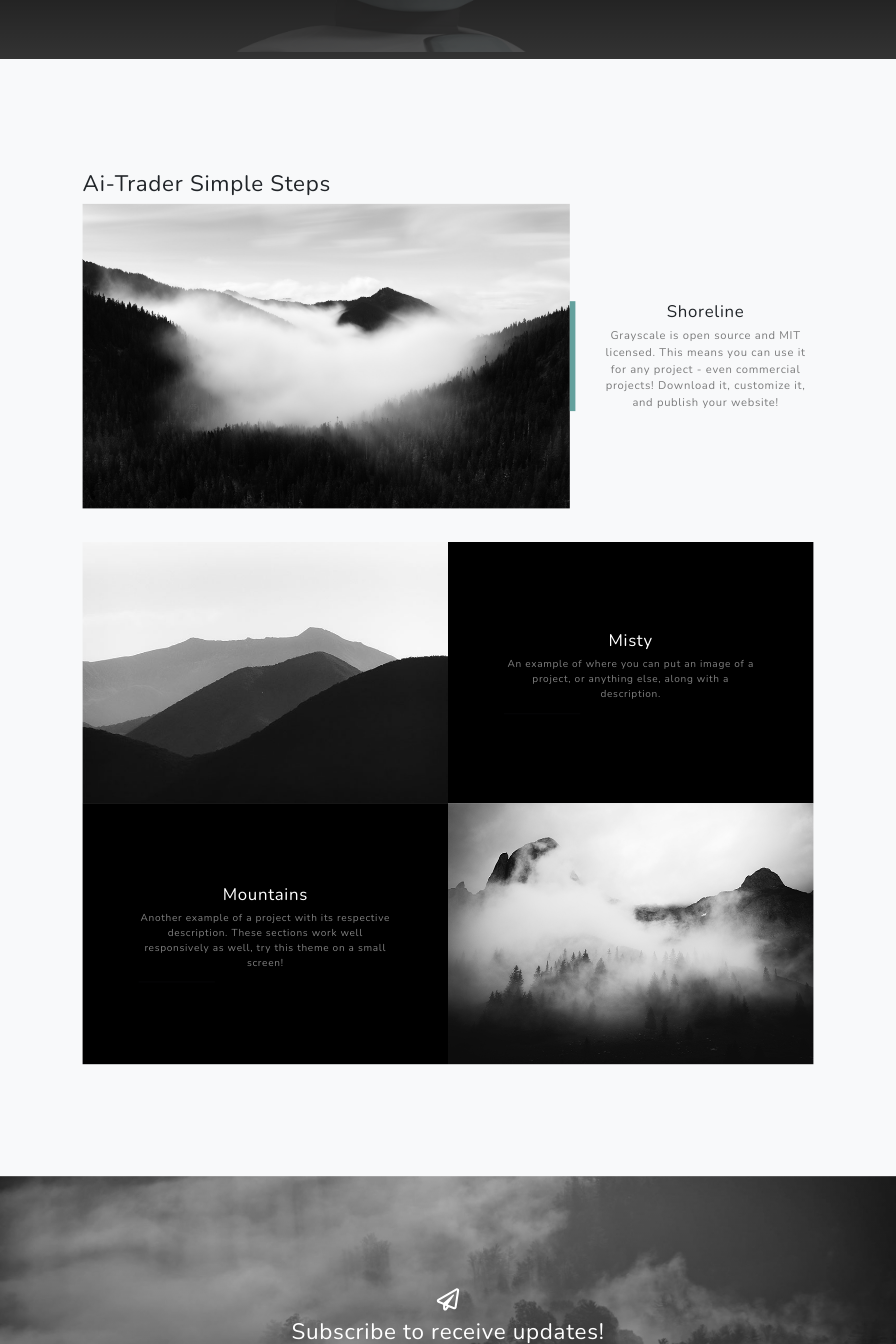
Repository: seyicoded/ico_one
Page: docs/index.html
The author's editor kept a copy of each file at every save. The page is drawn from the files as they stood at one save, then again after the next save.
The browser window is 1280 px wide. The pictures show the part of the page from y = 1206 to 3126 px (the page is 3982 px tall before and 3991 px after), at 70% of full size.

Above is the page before, as saved 2022-02-13 16:51:56.

After the next save:
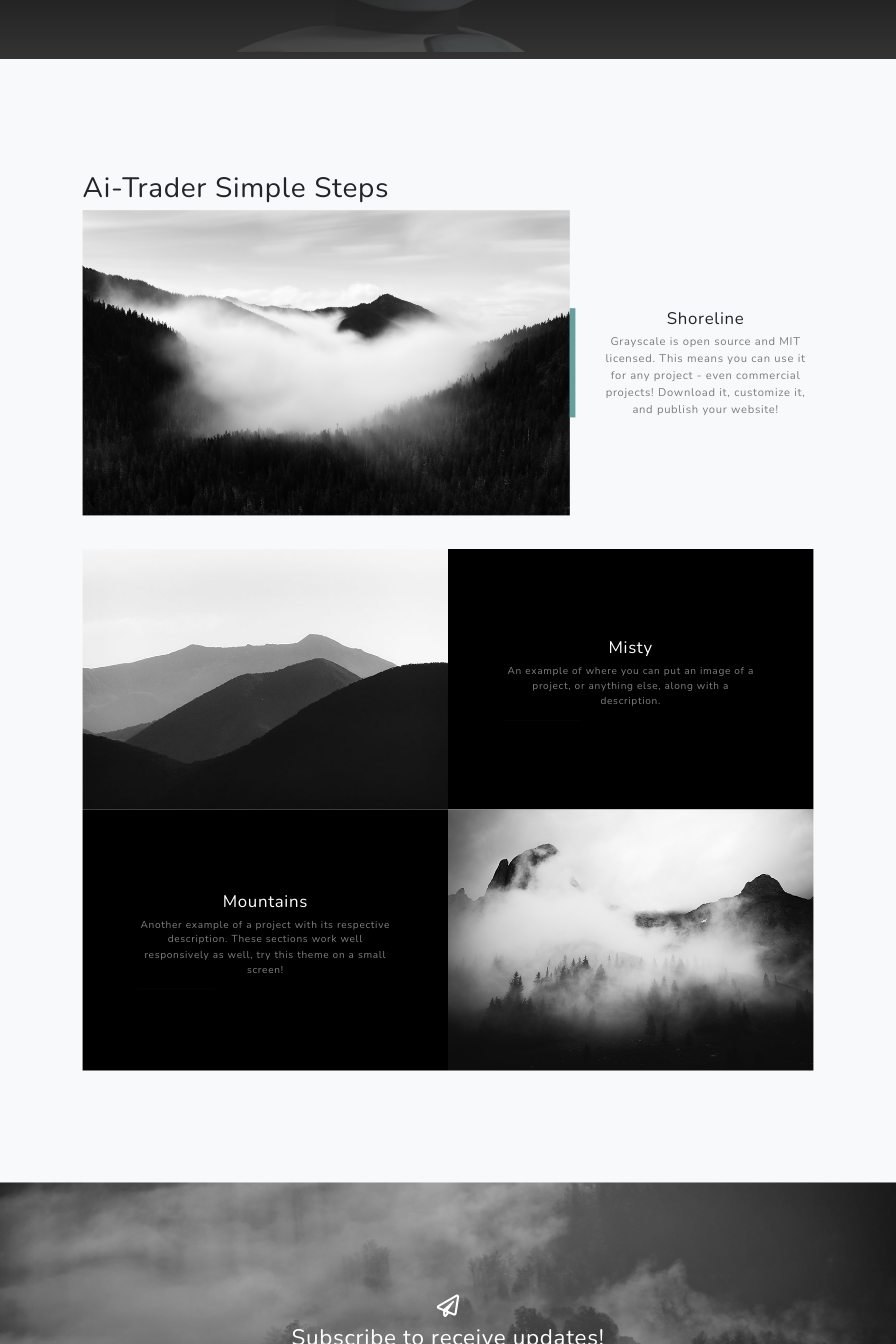
Saved 5 s later.
--- a/docs/index.html
+++ b/docs/index.html
@@ -108,7 +108,7 @@
         <!-- Projects-->
         <section class="projects-section bg-light" id="projects">
             <div class="container px-4 px-lg-5">
-                <h2>Ai-Trader Simple Steps</h2>
+                <h1>Ai-Trader Simple Steps</h1>
                 <!-- Featured Project Row-->
                 <div class="row gx-0 mb-4 mb-lg-5 align-items-center">
                     <div class="col-xl-8 col-lg-7"><img class="img-fluid mb-3 mb-lg-0" src="assets/img/bg-masthead.jpg" alt="..." /></div>
